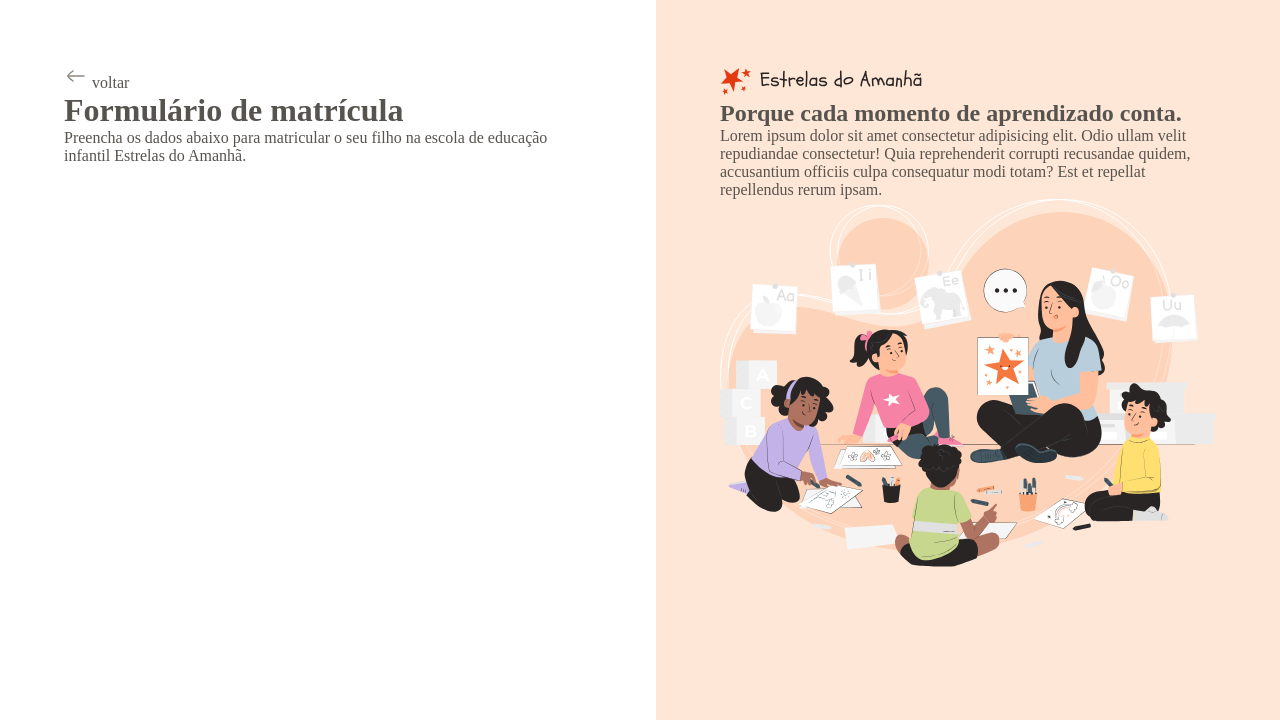
Repository: JeffRodFer/Formulario_de_Matriculas
Page: index.html
The author's editor kept a copy of each file at every save. The page is drawn from the files as they stood at one save, then again after a run of saves.
The browser window is 1280 px wide. The pictures show the whole page.

Above is the page before, as saved 2025-05-06 21:39:02.

After the next 2 saves:
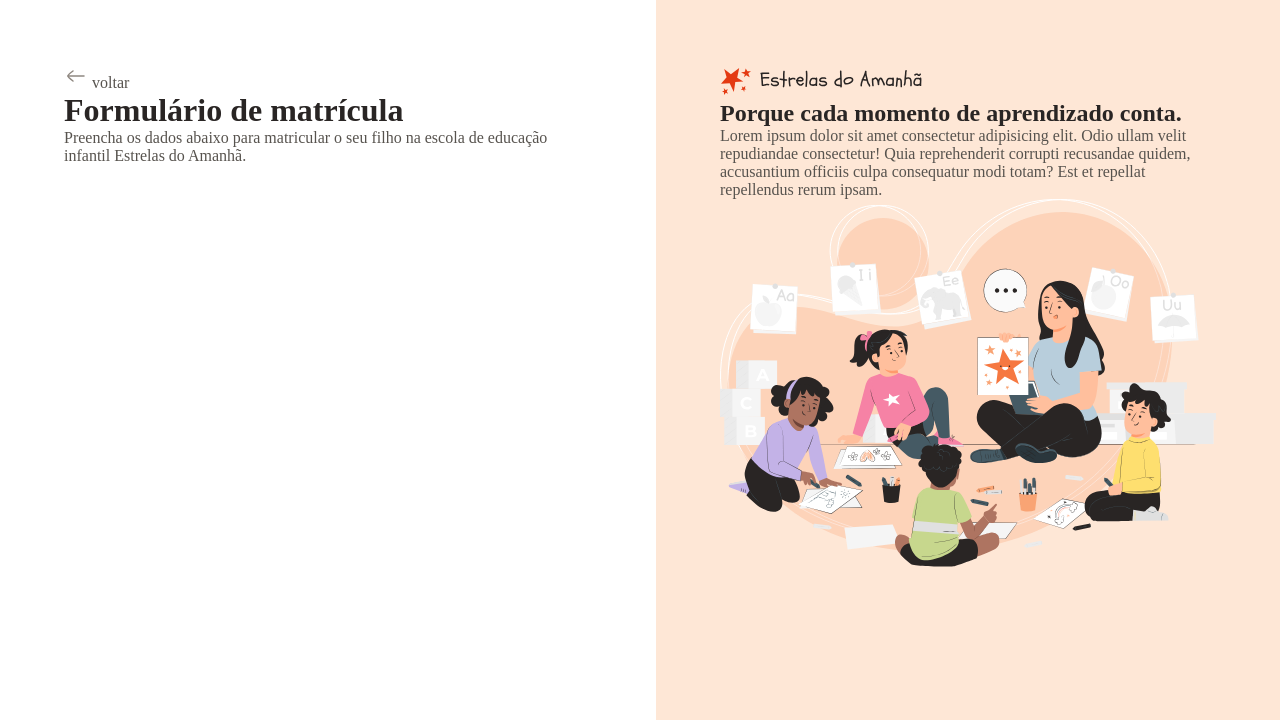
The 2 saves are shown as one change because they came seconds apart.
The last was saved 9 s later.
--- a/styles/global.css
+++ b/styles/global.css
@@ -31,5 +31,5 @@ body {
 }
 
 h1, h2 {
-  color: var(--text-secondary)
+  color: var(--text-primary)
 }
